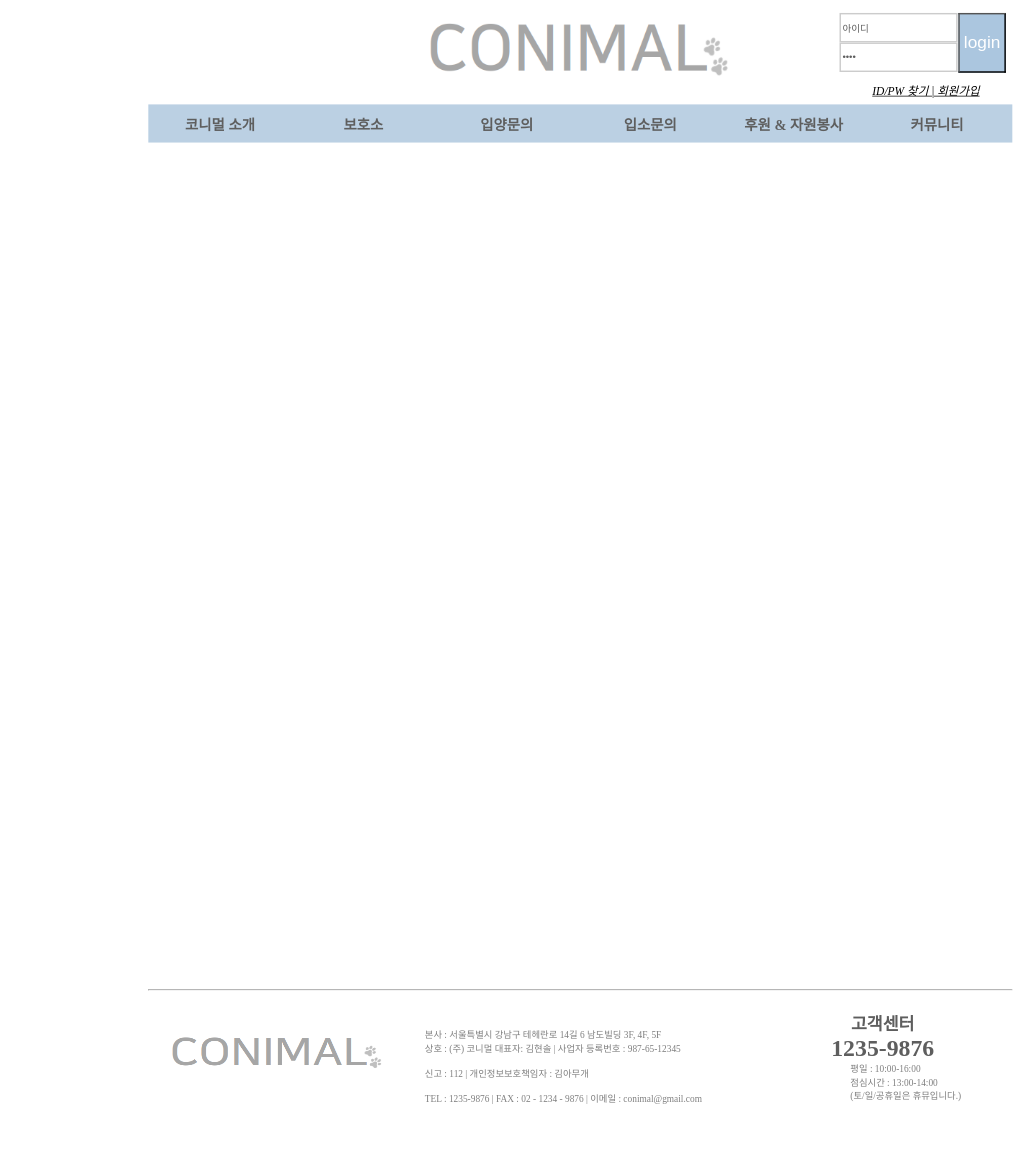
Repository: rlagusthf12/SemiProject
Page: http://localhost/jspProject/
An editor plug-in stored every save of this project. The page is shown before and after the next save, followed by the edit.
The browser window is 1280 px wide. The page is 1431 px wide, then 1280 px, so the pictures cover 1431 px, including what lies to the right of the window. The pictures show the whole page, at 72% of full size.
The page is served by Tomcat 9. Other server files are loaded and not shown.

Above is the page before, as saved 2021-05-10 15:01:40.

### semiproject/jspProject/WebContent/index.jsp
<%@ page language="java" contentType="text/html; charset=UTF-8"
    pageEncoding="UTF-8"%>
<!DOCTYPE html>
<html>
<head>
<meta charset="UTF-8">
<title>Insert title here</title>
</head>
<body>

	<!--

		* 회원서비스		| C (Insert) | R (Select) | U (Update) | D (Delete)
		==============================================================================
			로그인		|			 |		O	  |			   |
		   	회원가입		|	  O		 |			  |			   |
		 [아이디중복확인]	|			 |		O	  | 		   |
		   	마이페이지		|			 |		O	  |			   |
		   	정보변경		|			 |			  |		O	   |
			회원탈퇴		|			 |			  |		O	   |	 O


		* 공지사항서비스 - 공지사항리스트조회(R)/공지사항상세조회(R)/공지사항작성(C)/공지사항수정(U)/공지사항삭제(U|D)

		* 일반게시판서비스 - 게시판리스트조회(R)-페이징처리/게시판상세조회(R)/게시판작성(C)-첨부파일1개업로드/
						 게시판수정(U)/게시판삭제(U|D)/[댓글리스트조회(R)/댓글작성(C)]

		* 사진게시판서비스 - 게시판리스트조회(R)-썸네일/게시판상세조회(R)/게시판작성(C)-다중첨부파일업로드


	-->

	<%@ include file="views/common/mainPage.jsp" %>






</body>
</html>

### semiproject/jspProject/WebContent/views/common/mainPage.jsp
<%@ page language="java" contentType="text/html; charset=UTF-8"
    pageEncoding="UTF-8"%>
<!DOCTYPE html>
<html>
<head>

<title>Insert title here</title>

<meta charset="UTF-8">

<style>
  .main{
        width: 1200px;
        height: 1600px;
        position:absolute;
  		left:20%;
  		margin:-50px 0 0 -50px;
    }

    .head{height: 15%; }
    .body{height: 73%;}
    .foot{height: 12%;}

    .logo,.login {
        float:left;
        height: 60%;
    }


    .logo{width: 60%;
        padding-top: 60px;
        padding-left: 240px;
    }

    .login{width: 20%;
         height: 60%;
         padding-top: 60px;
    }

    .on{ height: 78%;}

    #loginform>*{

        float:left;
    }
    .id_pwd{width: 65%; height: 70px; } .loginbtn{width: 35%;}

    .pwd,.id{
        color: rgb(94, 94, 94);
        border-style: solid;
        border-color: rgb(204, 204, 204);
        width:100%;
        height:50%;
    }
    .loginbtn>input{
        font-size: 24px;
        color: rgb(255, 255, 255);
        line-height: 3.2em;
        background-color: rgb(171, 198, 223);
        text-align: center;
    }

    .find{
      text-decoration-line: underline;
       font-style: italic;
       font-size: 16px;
       line-height: 3.2em;
    }

    .navi{
            height:22%;
            background-color: rgb(187, 208, 227);
            text-align: center;


     }
     .menu{
         float: left;
         line-height: 2.8em;
        font-size: 20px;
        color: rgb(94, 94, 94);
        font-family: HanSans;
        width: 16.6%;
        font-weight: bold;

     }

     .call{
         width:30%;
         height: 100%;
         float:left;
     }

     .minLogo{
         width:30%;
         padding-top: 30px;
         height: 100%;
         float:left;
     }
     .ex{
        width:40%;
        float:left;
        height:100%;
        padding-top: 25px;
    }
     .ect{

        font-size: 13px;
        color: rgb(127, 127, 127);
        text-align: left;
        width:90%;

     }
     .ect2{
        font-weight: bold; font-size: 24px; text-align: center; color: rgb(94, 94, 94);
     }
     .ect3{
        font-weight: bold; font-size: 33px; text-align: center; color: rgb(94, 94, 94);
     }
     #al{
        width: 250px;
        padding-left: 135px;
     }

</style>
</head>

<body>

    <div align="center" class="main">
        <div class="head">
            <div class="on">
            <div class="logo">
                <image src="resources/images/mainLogo.png">
            </div>
            <div class="login">
            <form action="" id="loginform">
                <div class="id_pwd">
                <input type="text" class="id" value="아이디">
                <input type="password" class="pwd" value="비밀번호" >
                </div>
                <div class="loginbtn">
                <input type="submit" value="login">
                </div>
            </form>
                    <span class="find">ID/PW 찾기 | 회원가입</span>
            </div>
            </div>

            <div class="navi">
                <div class="menu">
                    코니멀 소개
                </div>
                <div class="menu">
                    보호소
                </div>
                <div class="menu">
                    입양문의
                </div>
                <div class="menu">
                    입소문의
                </div>
                <div class="menu">
                    후원 &amp; 자원봉사
                </div>
                <div class="menu">
                    커뮤니티
                </div>
            </div>

        </div>

        <div class="body">
        </div>
        <div class="foot">
            <hr>
            <br>
            <div class="minLogo">
                <div align="center">
                <image src="resources/images/mainLogo.png" width="300" height="60"></image>
                </div>
            </div>
            <div class="ex">
            <div class="ect">
                본사 : 서울특별시 강남구 테헤란로 14길 6 남도빌딩 3F, 4F, 5F<br>

                상호 : (주) 코니멀 대표자: 김현솔 | 사업자 등록번호 : 987-65-12345 <br><br>

                신고 : 112 | 개인정보보호책임자 : 김아무개<br><br>

                TEL : 1235-9876 | FAX : 02 - 1234 - 9876 | 이메일  :  conimal@gmail.com
            </div>
            </div>


            <div class="call">
                <div class="ect2" >
                    고객센터
                    <div class="ect3">
                    1235-9876

                    </div>
                </div>
                <div class="ect" id="al">
                    평일 : 10:00-16:00<br>
                    점심시간 : 13:00-14:00<br>
                    (토/일/공휴일은 휴뮤입니다.)
                </div>

            </div>
        </div>

     </div>








</body>
</html>

After the next save:
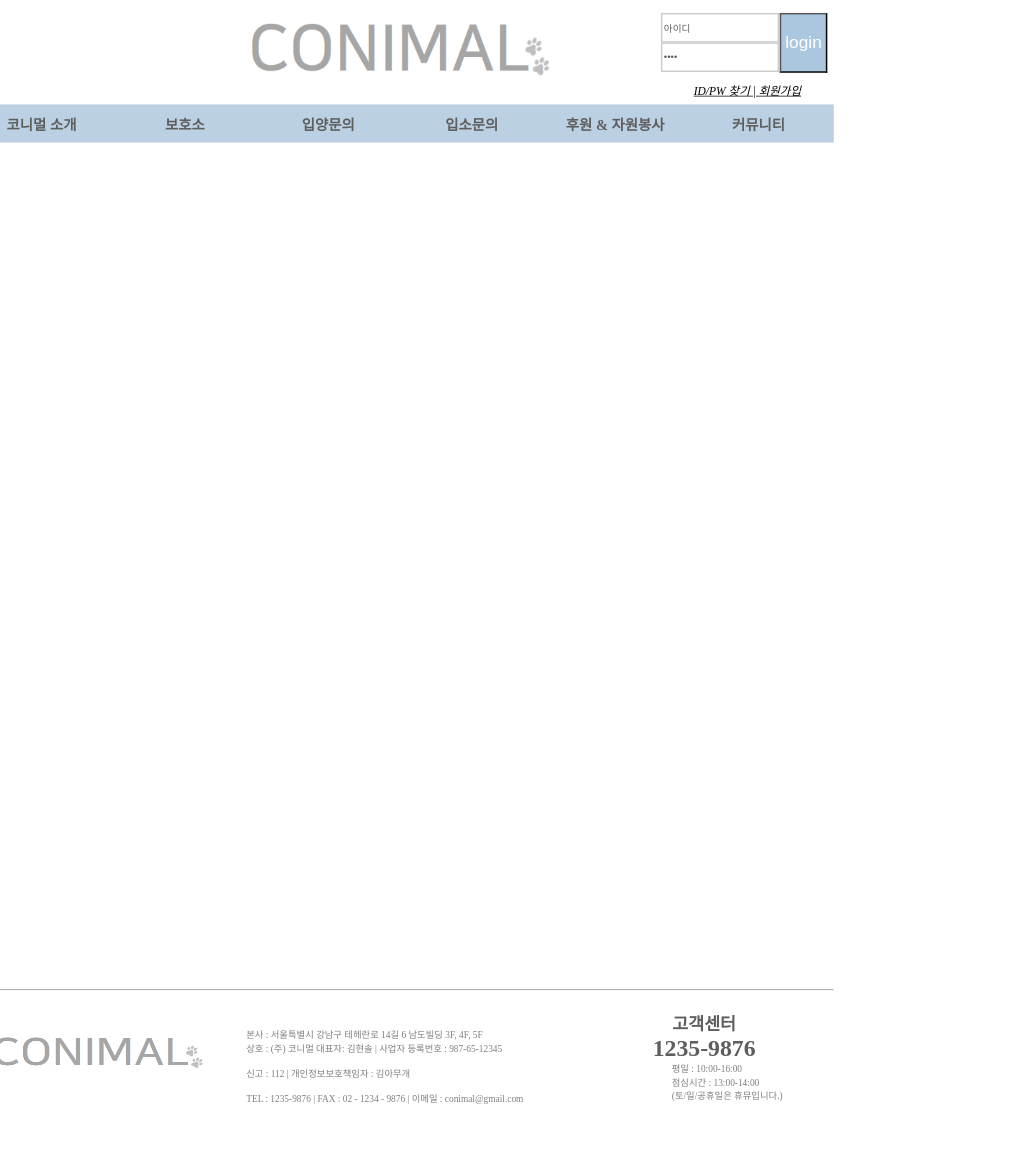
Saved 6 s later.
--- a/semiproject/jspProject/WebContent/views/common/mainPage.jsp
+++ b/semiproject/jspProject/WebContent/views/common/mainPage.jsp
@@ -12,7 +12,7 @@
   .main{
         width: 1200px;
         height: 1600px;
-        position:absolute;
+
   		left:20%;
   		margin:-50px 0 0 -50px;
     }
